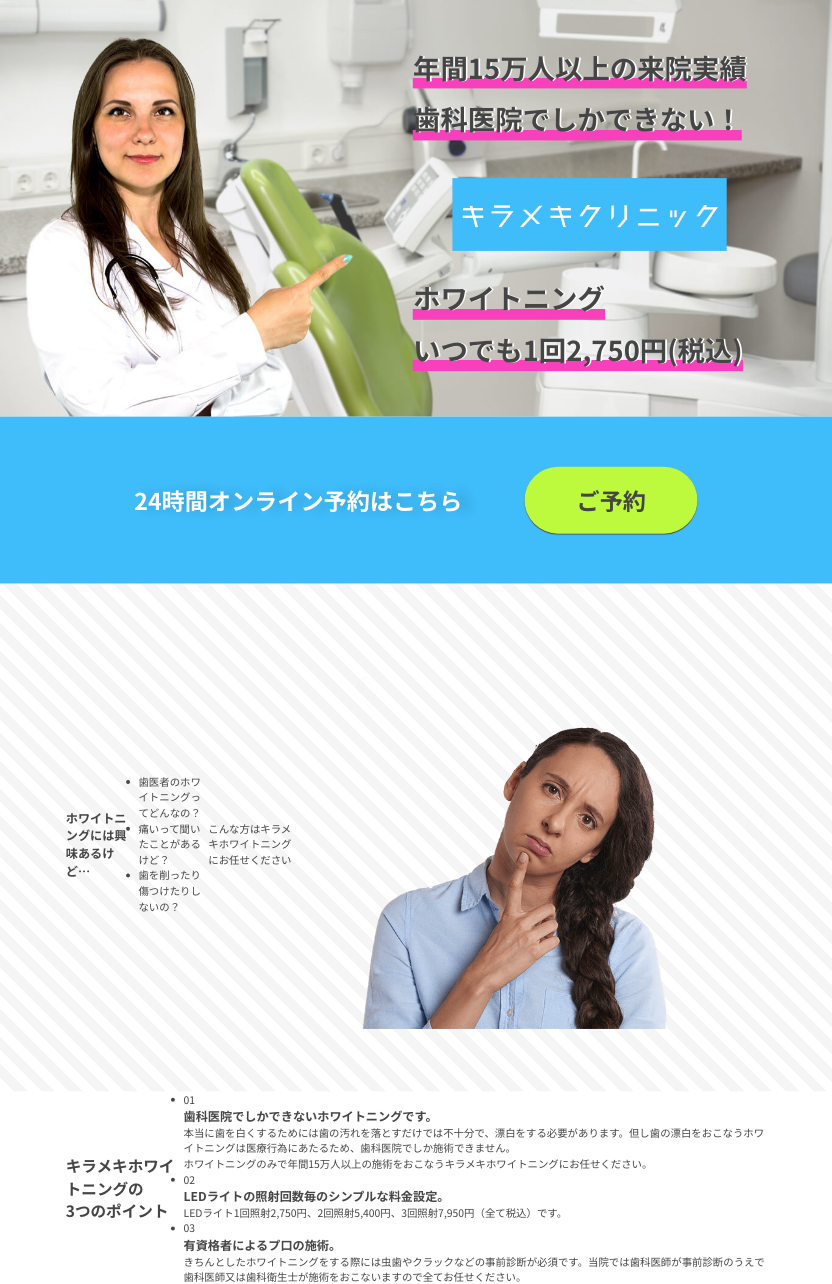
Repository: ryu-nuno/tech_academy_subwork
Page: first/index.html
The author's editor kept a record of every edit. The page is drawn from the files as they stood at one moment, then again after the next edit.
The browser window is 1280 px wide. The pictures show the whole page, at 65% of full size.
Some web libraries are served in a nearby version.

Above is the page before.

After the next edit:
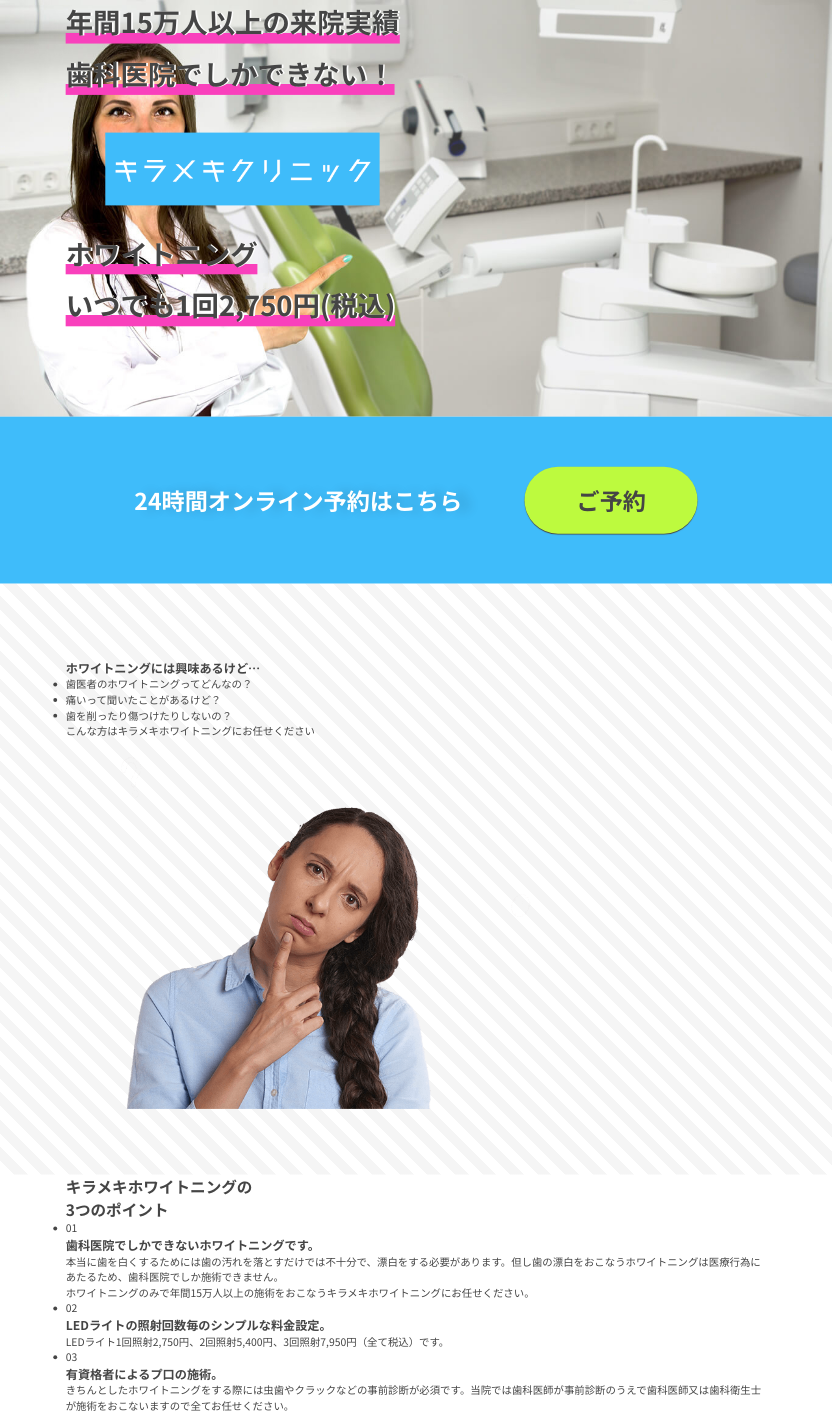
The edit:
--- a/first/css/style.css
+++ b/first/css/style.css
@@ -31,7 +31,7 @@
     padding: 0 7.9vw;
 }
 
-.contents_width{
+.contact .contents_width{
     display: flex;
     height:100%;
     justify-content:flex-end;
